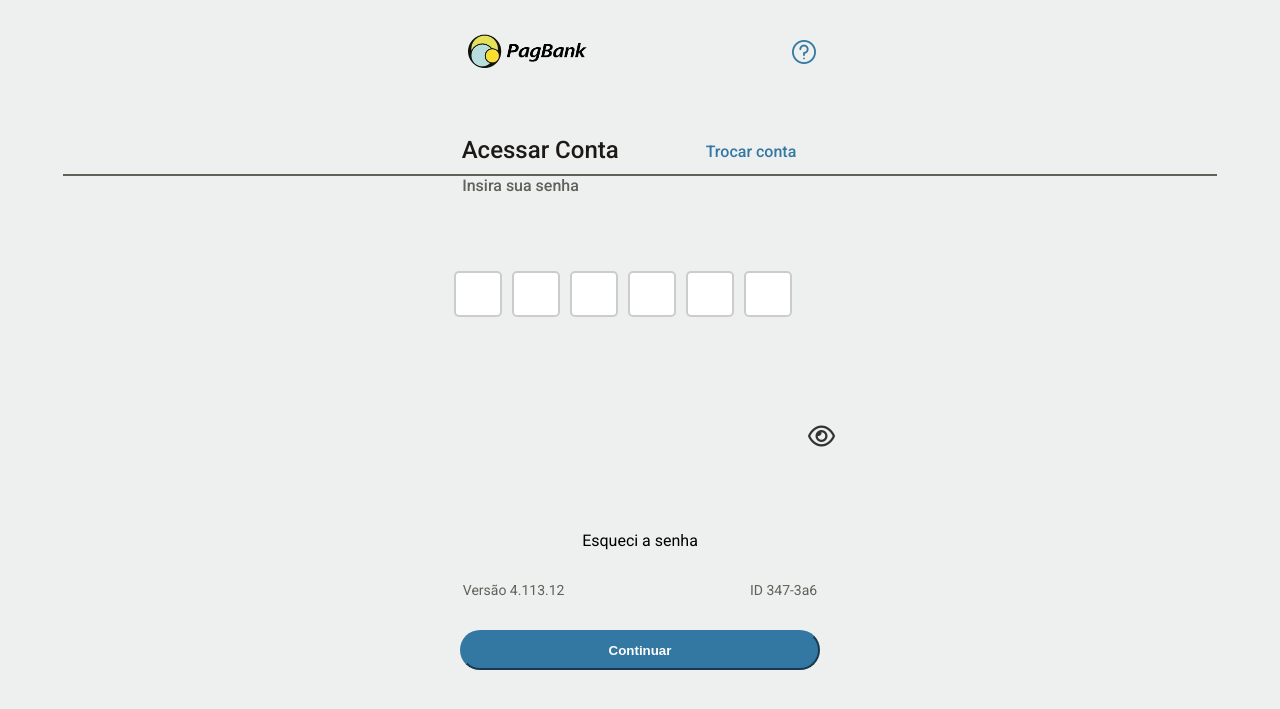
Repository: alfredo-allan/pagseguro
Page: senha.html
An editor plug-in stored every save of this project. The page is shown before and after the next save, followed by the edit.
The browser window is 1280 px wide. The pictures show the whole page.
Some web libraries are served in a nearby version.

Above is the page before, as saved 2024-07-24 22:29:29.
Console error: TypeError: Cannot read properties of undefined (reading 'style')

After the next save:
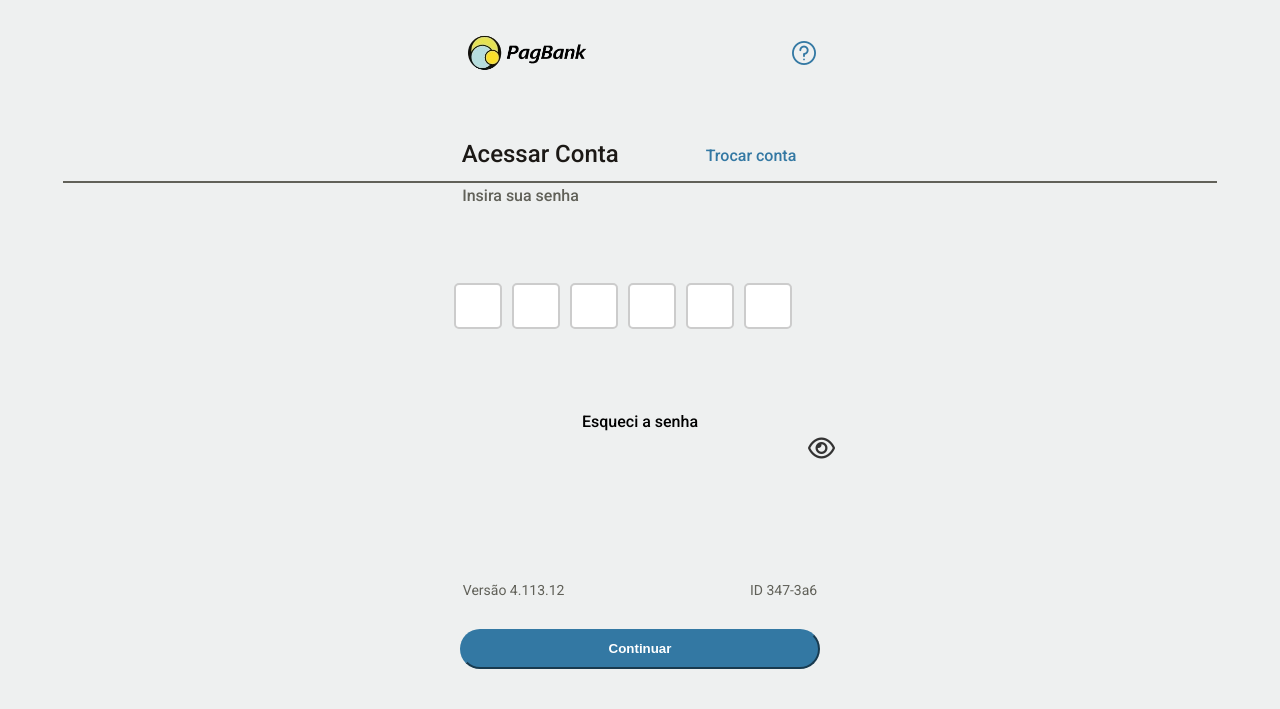
Saved 4 s later.
--- a/senha.html
+++ b/senha.html
@@ -75,7 +75,7 @@
         <i id="eye-icon" class="fa fa-eye"></i>
       </button>
     </div>
-    <span style>Esqueci a senha</span>
+    <span style="margin-top: -250px; font-weight: 500">Esqueci a senha</span>
     <div
       id="versao"
       style="
